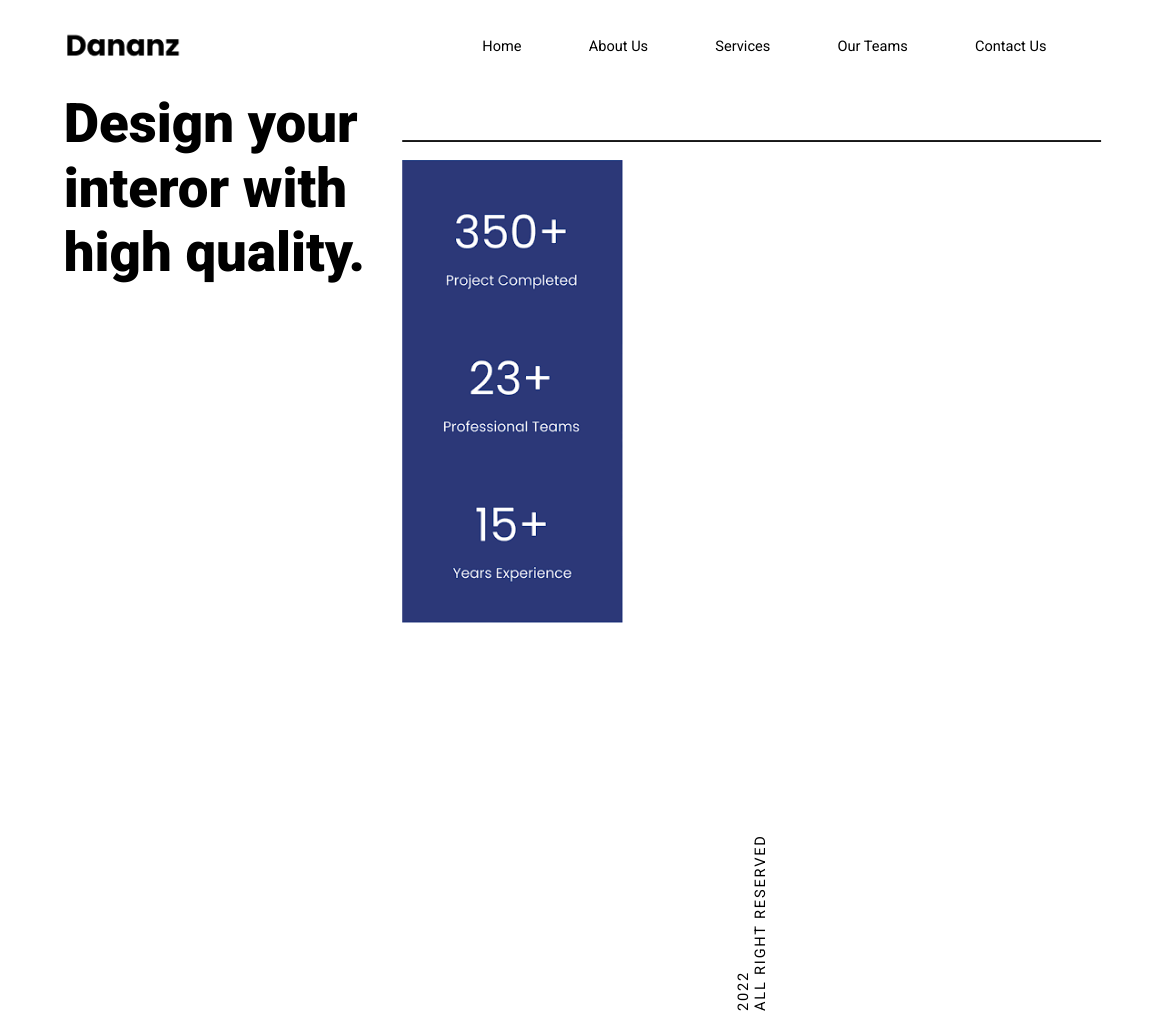
Repository: AsadKasimov/disain
Page: index.html
These files come from the project's save history. The page is drawn as it stood at one moment and after the next save; the edit follows.
The browser window is 1280 px wide. The pictures show the whole page, at 91% of full size.

Above is the page before, as saved 2023-04-20 12:44:13.

### index.html
<!DOCTYPE html>
<html lang="en">
<head>
    <meta charset="UTF-8">
    <meta http-equiv="X-UA-Compatible" content="IE=edge">
    <meta name="viewport" content="width=device-width, initial-scale=1.0">
    <title>F</title>
    <link rel="stylesheet" href="./style.css">
</head>
<body>

    <div class="wrapper">
        <header class="header">
            <!-- Шапка -->
            <div class="logo">
                <img src="./img/Dananz.png" alt="">
            </div>

            <!-- Меню сайта -->
            <nav class="nav">
                <ul>
                    <li>Home</li>
                    <li>About Us</li>
                    <li>Services</li>
                    <li>Our Teams</li>
                    <li>Contact Us</li>

                </ul>
            </nav>

            <!-- Иконка бургерменю -->
            <div class="burger">
                <span></span>
            </div>
        </header>
        <div class="menu">
            <div class="text-menu">
                <h1>Design your interor with high quality.</h1>
            </div>
            <div class="text-line">
                <hr class="text-line-l">
                <div class="h-pic">
                    <img src="./img/rec.png" alt="">
                </div>
                <div class="img-t">
                   <p>2022<br>ALL RIGHT RESERVED</p>
                </div>
            </div>


        </div>
        <div class="h-pic2">
            <img src="./img/rec.png" alt="">
        </div>
    </div>



    <script>
        document.querySelector('.burger').addEventListener('click', function() {
            this.classList.toggle('active');
            document.querySelector('.nav').classList.toggle('open');
        })
    </script>
</body>
</html>

### style.css
@import url('https://fonts.googleapis.com/css2?family=Roboto:ital,wght@0,100;0,300;0,400;0,500;0,900;1,100;1,300;1,400;1,500;1,700;1,900&display=swap');

html, body {
  height: 100%;
  width: 100%;

}

body {
  display: flex;
  flex-direction: column;
  font-family: 'Roboto', sans-serif;
  background-color: #fff;
  /* overflow: hidden; */

}

*{
  padding: 0;
  margin: 0;
  box-sizing: border-box;
}

.wrapper{
  flex-grow: 1;
}

.open{
  display: flex !important;
}

.header{
  display: flex;
  align-items: center;
  justify-content: space-between;
  min-height: 100px;
  background-color: #fff;
  color: #000;
  padding: 0 90px;
}

.logo{
  display: flex;
  justify-content: center;
  flex-direction: column;
  align-items: center;

  width: 90px;
  height: 90px;
}

.nav{
  display: flex;
  width: 700px;
  padding: 0 40px;
}

.nav ul{
  width: 100%;
  list-style: none;
  display: flex;
  justify-content: space-between;
}

.burger{
  display: none;
  position: relative;
  z-index: 50;
  align-items: center;
  justify-content: flex-end;
  width: 30px;
  height: 18px;
}

.burger span{
  height: 2px;
  width: 80%;
  transform: scale(1);
  background-color: #000;
}

.burger::before, .burger::after{
  content: '';
  position: absolute;
  height: 2px;
  width: 100%;
  background-color: #000;
  transition: all 0.3s ease 0s;
}

.burger::before { top: 0 }

.burger::after { bottom: 0 }


.burger.active span { transform: scale(0) }

.burger.active::before{
  top: 50%;
  transform: rotate(-45deg) translate(0, -50%);
}

.burger.active::after{
  bottom: 50%;
  transform: rotate(45deg) translate(0, 50%);
}

h1 {
  display: block;
  font-size: 2em;
  margin-block-start: 0;
  margin-block-end: 0;
  margin-inline-start: 0px;
  margin-inline-end: 0px;
  font-weight: bold;
}

.menu{
  display: flex;
  justify-content: flex-start;
  padding: 0 70px;
  align-items:baseline;

}

.text-menu{
  font-weight: 700;
  font-size: 30px;
  width: 500px;
}

hr.text-line-l{
  border: 1px solid black;
  width: 60vw;

}

.text-line{
  display: flex;
  flex-direction: column;
  gap: 20px;
}

.h-pic2{
  display: none;
}

.img-t{
  text-transform: uppercase;
  letter-spacing: 2px;
  display: flex;


  transform: rotate(-90deg);
}

@media (max-width: 700px) {

  .h-pic{
    display: none;
  }


  .h-pic2{
    display: block;
  }


  hr.text-line-l {
    border: 1px solid black;
    height: 100%;
    width: 0px;
  }



  .menu{
    display: flex;
    justify-content: flex-start;
    padding: 0 20px;
    align-items:normal;
    gap: 23%;
  }

  .text-menu{
    width: 70%;
    font-size: 22px;

  }

  .header{
    display: flex;
    align-items: center;
    justify-content: space-between;
    min-height: 100px;
    background-color: #fff;
    color: #000;
    padding: 0 40px;
  }

  .nav{
    display: flex;
    width: 700px;
    padding: 0 40px;
  }

  .burger { display: flex }

  .nav{
      display: none;
      flex-direction: column;
      position: fixed;
      height: 100%;
      width: 100%;
      top: 0; bottom: 0; left: 0; right: 0;
      z-index: 50;
      overflow-y: auto;
      padding: 50px 40px;
      background-color: ghostwhite;

  }

  .nav ul{
      flex-direction: column;
      row-gap: 30px;
  }
}

After the next save:
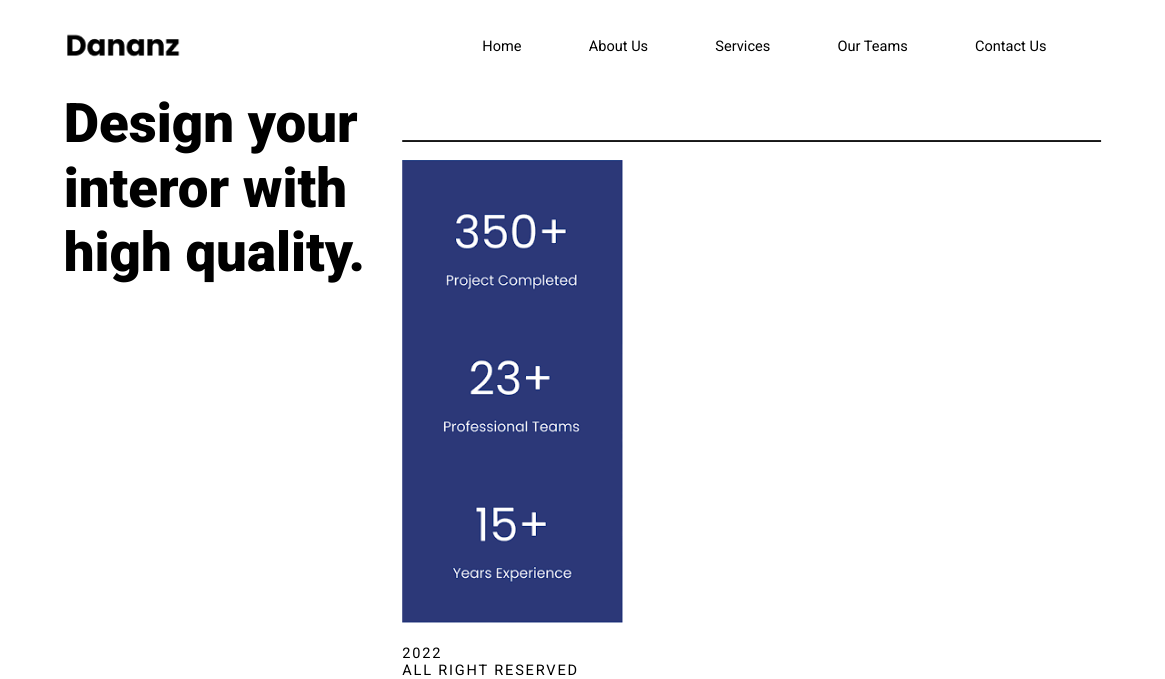
Saved 15 s later.
--- a/style.css
+++ b/style.css
@@ -149,7 +149,7 @@
   text-transform: uppercase;
   letter-spacing: 2px;
   display: flex;
-
+  align-items
 
   transform: rotate(-90deg);
 }

After the 5 saves that followed:
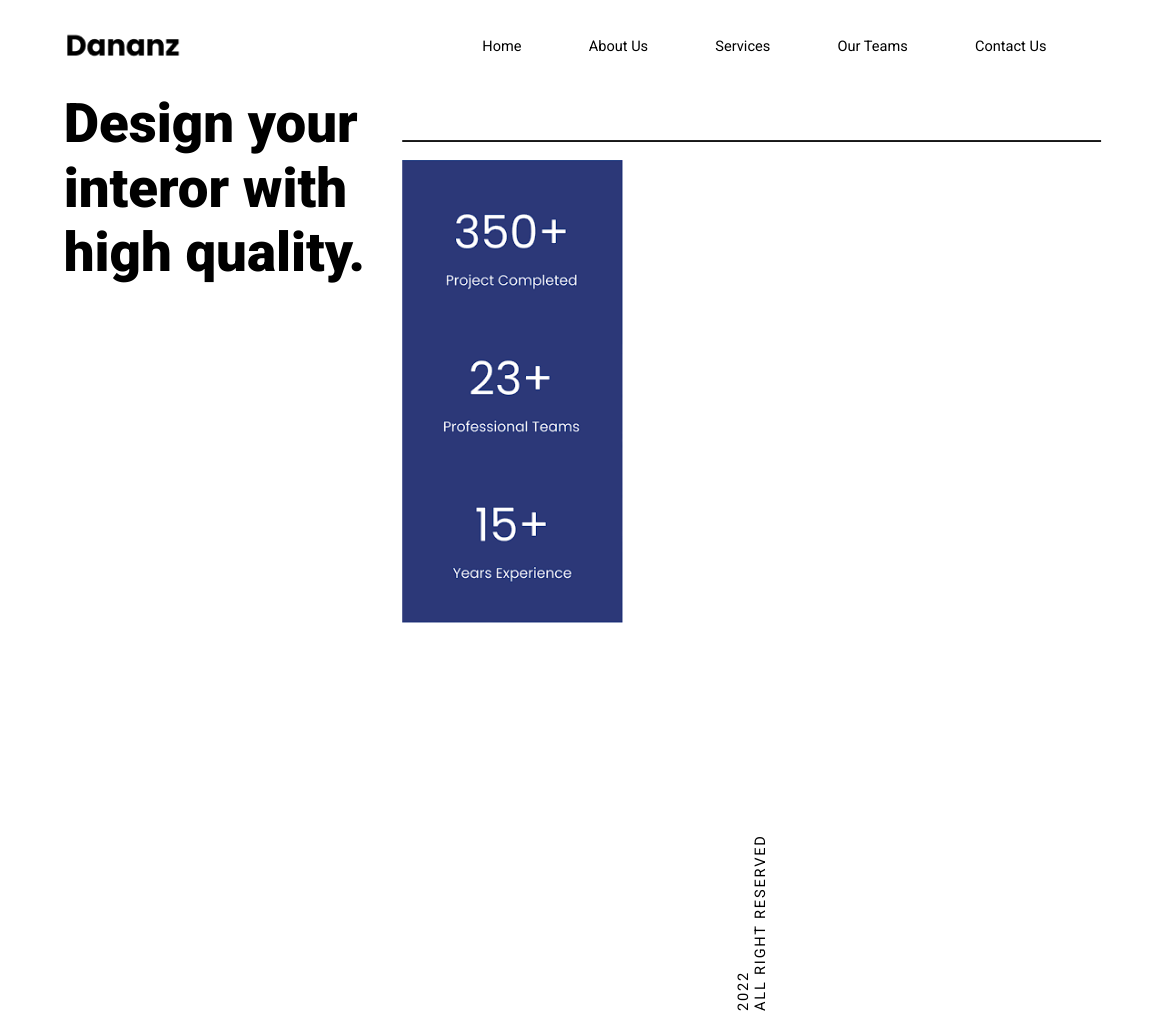
The 5 saves are shown as one change because they came seconds apart.
The last was saved 14 s later.
--- a/style.css
+++ b/style.css
@@ -149,7 +149,7 @@
   text-transform: uppercase;
   letter-spacing: 2px;
   display: flex;
-  align-items
+  align-items:flex-start;
 
   transform: rotate(-90deg);
 }
